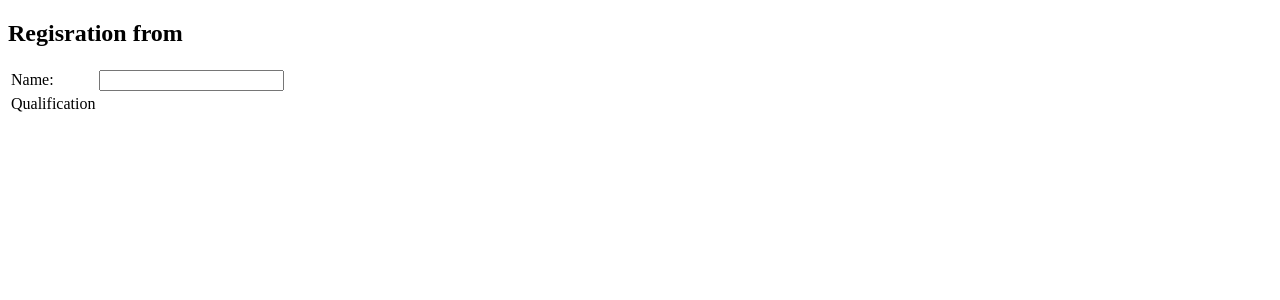
Repository: veeresh-kc/Servlet-Projects
Page: Servelet-Project-Demo2/src/main/webapp/html/index.html
An editor plug-in stored every save of this project. The page is shown before and after the next save, followed by the edit.
The browser window is 1280 px wide. The pictures show the whole page.

Above is the page before, as saved 2025-10-27 04:32:25.

After the next save:
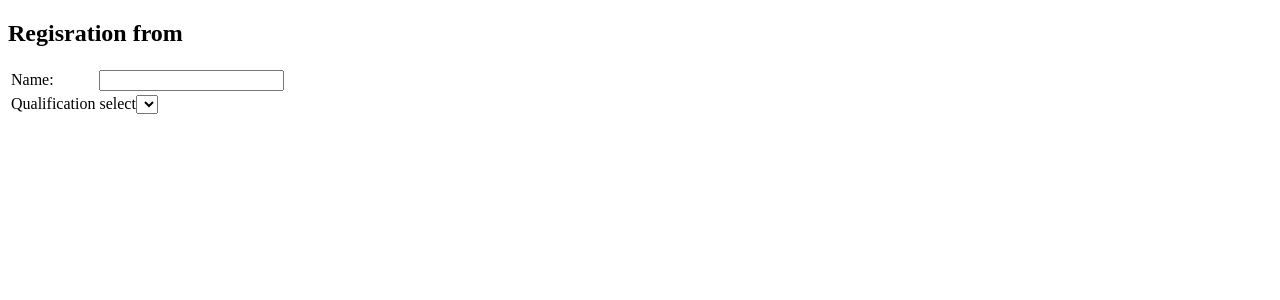
Saved 41 s later.
--- a/Servelet-Project-Demo2/src/main/webapp/html/index.html
+++ b/Servelet-Project-Demo2/src/main/webapp/html/index.html
@@ -14,6 +14,8 @@
 	</tr>
 	<tr>
 	<td>Qualification</td>
+	<td>select<select>
+	</select></td>
 	</tr>
 
 
